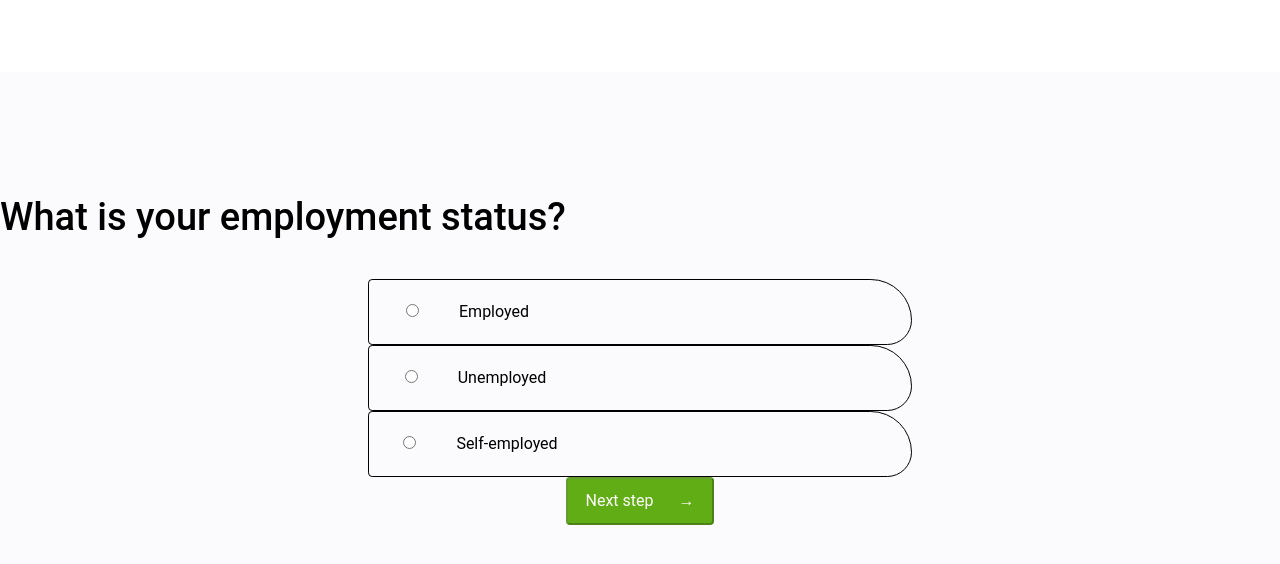
Repository: andbilous/task-survey
Page: /employment-status
An editor plug-in stored every save of this project. The page is shown before and after a run of saves, followed by the edit.
The browser window is 1280 px wide. The pictures show the whole page.
The project was rebuilt for these pictures with package versions that can differ from the ones it lists, and the page was loaded fresh each time. Also part of the build but not shown: src/pages/FillingStatus.jsx, src/pages/Proprietorships.jsx, src/pages/Score.jsx.

Above is the page before, as saved 2020-06-18 18:43:24.

### src/App.js
import React from 'react';
import { Provider } from 'react-redux'
import { store } from './redux/store'
import {
  BrowserRouter as Router,
  Switch,
  Route,
} from "react-router-dom";
import './App.css';
import {Header} from './components/Header';
import {EmploymentStatusPage} from './pages/EmploymentStatus';
import {FillingStatusPage} from './pages/FillingStatus';
import {ProprietorshipsPage} from './pages/Proprietorships';
import {ScorePage} from './pages/Score';


function App() {
  return (
    <Router>
    <Provider store={store}>
    <Switch>
    <div className="App">
      <Header/>
      <Route path="/employment-status">
            <EmploymentStatusPage />
          </Route>
          <Route path="/filling-status">
            <FillingStatusPage />
          </Route>
          <Route path="/proprietorship">
            <ProprietorshipsPage />
          </Route>
          <Route path="/score">
            <ScorePage />
          </Route>
    </div>
    </Switch>
    </Provider>
    </Router>
  );
}

export default App;

### src/redux/store.js
import { applyMiddleware, createStore } from 'redux';
import logger from 'redux-logger';
import thunk from 'redux-thunk';

import { rootReducer } from './rootReducer';

const middleware = [thunk, logger];

export const store = createStore(rootReducer, applyMiddleware(...middleware));

### src/App.css
* {
  text-align: center;
  box-sizing: border-box;
  font-family: Roboto;
  font-style: normal;
  font-weight: normal;
}
body{
  background-color:  #FBFBFD;
}
h2{
  font-family: Roboto;
font-style: normal;
font-weight: 500;
font-size: 38px;
line-height: 60px;
display: flex;
align-items: center;
text-align: center;
background-color:  #FBFBFD;
}
.list-item{
  width: 544px;
  height: 66px;
  border: 1px solid black;
  padding-top: 21px;
  border-radius: 5px 50px 30px 5px;
}

### src/components/Header.jsx
import React from "react";
import { connect } from "react-redux";

const Header = ({ progress }) => {
  return (
    <>
      <div style={styles.general} />
      <div
        style={{
          width: `${progress}%`,
          height: "75px",
          backgroundColor: "#61AD15",
        }}
      ></div>
    </>
  );
};

const styles = {
  general: {
    position: "absolute",
    left: "0%",
    right: "0%",
    top: "0%",
    bottom: "0%",
    height: "72px",
    backgroundColor: "#fff",
  },
};

const HeaderContainer = connect(
  (state) => ({
    progress: state.surveyReducer.progress,
  }),
  (dispatch) => ({})
)(Header);

export { HeaderContainer as Header };

### src/pages/EmploymentStatus.jsx
import React, { useState } from "react";
import { useHistory } from "react-router-dom";
import { connect } from "react-redux";
import Footer from "../components/Footer";
import { setEmploymentStatus } from "../redux/survey/actions";

const EmploymentStatusPage = ({ setEmploymentStatus }) => {
  const history = useHistory();
  const [disableFooter, setDisableFooter] = useState(true);
  const [value, setValue] = useState("");

  const navigateNextPage = () => {
    if (value === "Employed" || value === "Unemployed") {
      history.push("/filling-status");
    } else {
      history.push("/proprietorship");
    }
  };

  const handleChange = (value) => {
    console.log(value);
    setDisableFooter(false);
    setEmploymentStatus(value);
    setValue(value);
  };
  return (
    <div style={{ marginTop: "7rem" }}>
      <h2>What is your employment status?</h2>
      <form>
        <div
          style={styles.parent}
          className="radio"
        >
          <label className="list-item" style={{paddingRight: '350px'}}>
            <input
              style={styles.input}
              onClick={() => handleChange("Employed")}
              name="1"
              type="radio"
              value="Employed"
            />
            Employed
          </label>
          <label className="list-item" style={{paddingRight: '334px'}}>
            <input
              style={styles.input}
              onClick={() => handleChange("Unemployed")}
              name="1"
              type="radio"
              value="Unemployed"
            />
            Unemployed
          </label>
          <label className="list-item" style={{paddingRight: '324px'}}>
            <input
              style={styles.input}
              onClick={() => handleChange("SelfEmployed")}
              name="1"
              type="radio"
              value="SelfEmployed"
            />
            Self-employed
          </label>
          </div>
      </form>
      <Footer disable={disableFooter} navigateNextPage={navigateNextPage} />
    </div>
  );
};

const styles = {
  parent: {
    marginTop: "2rem",
    display: "flex",
    flexDirection: "column",
    alignItems: "center",
    textAlign: "center",
  },
  item: {
    width: "544px",
    height: "66px",
    border: "1px solid black",
    paddingTop: '21px',
  },
  input :{
    marginRight: '40px'
  }
};

const EmploymentStatusPageContainer = connect(
  (state) => ({}),
  (dispatch) => ({
    setEmploymentStatus: (value) => dispatch(setEmploymentStatus(value)),
  })
)(EmploymentStatusPage);

export { EmploymentStatusPageContainer as EmploymentStatusPage };

### src/redux/rootReducer.js
import { combineReducers } from 'redux'
import surveyReducer from './survey/reducer'

export const rootReducer = combineReducers({
  surveyReducer
})

### src/components/Footer.jsx
import React from "react";

const Footer = ({ disable, navigateNextPage, navigatePrevPage }) => {
  if (navigatePrevPage && navigateNextPage) {
    return (
      <div style={styles.general}>
        <button
          disabled={disable}
          onClick={() => {
            navigatePrevPage();
          }}
        >
          Prev step
        </button>
        <button
          disabled={disable}
          onClick={() => {
            navigateNextPage();
          }}
        >
          Next step
        </button>
      </div>
    );
  }
  if (navigatePrevPage && !navigateNextPage) {
    return (
      <button
        disabled={disable}
        onClick={() => {
          navigatePrevPage();
        }}
      >
        Prev step
      </button>
    );
  }
  if (!navigatePrevPage && navigateNextPage) {
    return (
      <button
        style={styles.button}
        disabled={disable}
        onClick={() => {
          navigateNextPage();
        }}
      >
        <span>Next step</span>
        <span style={styles.arrow}>&#8594;</span>
      </button>
    );
  }
};

const styles = {
  general: {
    position: "absolute",
    bottom: "0",
    width: "100%",
    height: "2.5rem",
    backgroundColor: "#fff",
  },
  button: {
    color: "#fff",
    width: "148px",
    height: "48px",
    background: "#61AD15",
    textAlign: "center",
    fontSize: "16px",
    lineHeight: "26px",
    borderRadius: "4px",
  },
  arrow: {
    marginLeft: '25px',
    transform: "matrix(1, 0, 0, -1, 0, 0)",
  },
};

export default Footer;

### src/redux/survey/actions.js
import types from './types';

export const setEmploymentStatus = (value) => {
    if(value === 'Employed'){
      return {
        type: types.SET_EMPLOYMENT_STATUS,
        employmentStatus: value,
        count: 10,

      }
    }
      if(value === 'Unemployed'){
        return {
          type: types.SET_EMPLOYMENT_STATUS,
          employmentStatus: value,
          count: 20
        }
      }
        if(value === 'SelfEmployed'){
          return {
            type: types.SET_EMPLOYMENT_STATUS,
            employmentStatus: value,
            count: 30
          }
    }
};

export const setProprietorshipsCount = (value) => ({
    type: types.SET_PROPRIETORSHIPS_MULTIPLIER,
    multiplier: value
})

export const setFillingStatus = (values) =>{
  if(!values.length){
    return {
      type: types.SET_FILLING_STATUS,
      count: 0
    }
}
  if(values.length===1){
    return {
      type: types.SET_FILLING_STATUS,
      count: 10
    }
}
  return {
    type: types.SET_FILLING_STATUS,
    count: (values.length)*5
  }
}

export const displayResult = () =>({
  type: types.DISPLAY_RESULT
})

### src/redux/survey/reducer.js
import types from './types'

const initialValues = {
  count: 0,
  employmentStatus:'',
  progress: 0
}

const surveyReducer = (state = initialValues, action) => {
  switch (action.type) {
    case types.SET_EMPLOYMENT_STATUS:
      return {
        ...state,
        count: state.count + action.count,
        employmentStatus: action.employmentStatus,
        progress: 30
      }
      case types.SET_PROPRIETORSHIPS_MULTIPLIER:
        return {
          ...state,
          count: state.count * action.multiplier,
          progress: 50
        }
        case types.SET_FILLING_STATUS:
        return {
          ...state,
          count: state.count + action.count,
          progress: 70
        }
        case types.DISPLAY_RESULT:
        return {
          ...state,
          progress: 100
        }

    default:
      return state
  }
}

export default surveyReducer;

### src/redux/survey/types.js
const types = {
  SET_EMPLOYMENT_STATUS:'SET_EMPLOYMENT_STATUS',
  SET_PROPRIETORSHIPS_MULTIPLIER: 'SET_PROPRIETORSHIPS_MULTIPLIER',
  SET_FILLING_STATUS: 'SET_FILLING_STATUS',
  DISPLAY_RESULT: 'DISPLAY_RESULT'
}

export default types;

Loaded but not shown: public/index.html (common file); src/index.js (common file); src/index.css (common file); src/serviceWorker.js (common file)

After the next 6 saves:
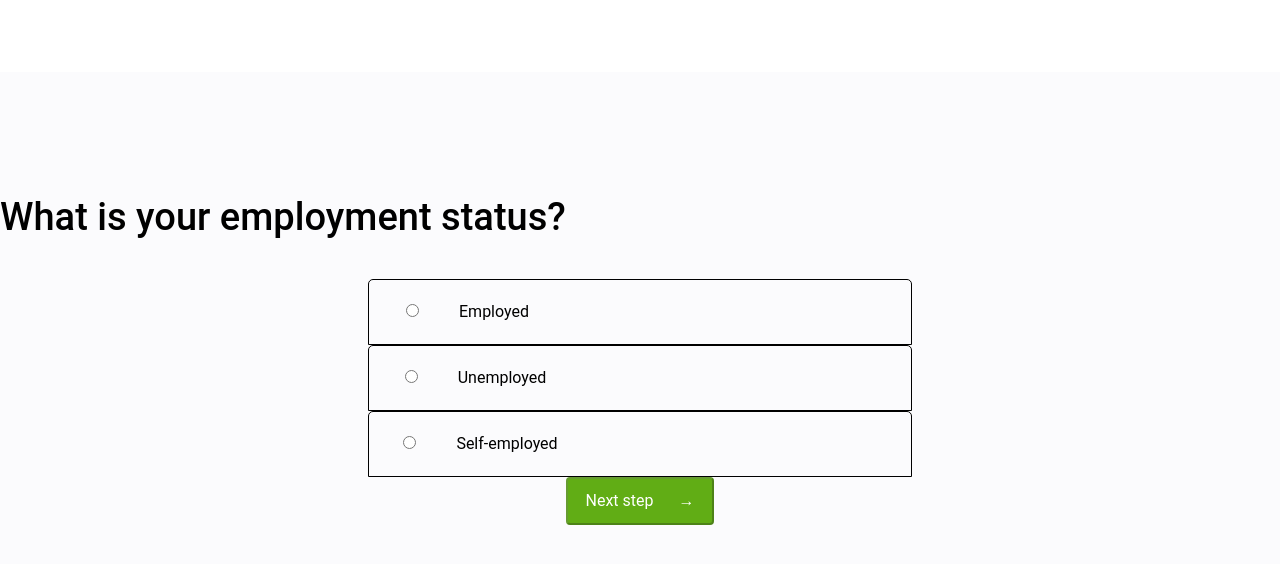
The 6 saves are shown as one change because they came seconds apart.
The last was saved 13 s later.
--- a/src/App.css
+++ b/src/App.css
@@ -24,5 +24,5 @@ background-color:  #FBFBFD;
   height: 66px;
   border: 1px solid black;
   padding-top: 21px;
-  border-radius: 5px 50px 30px 5px;
+  border-radius: 5px 5px 0px 0px;
 }
